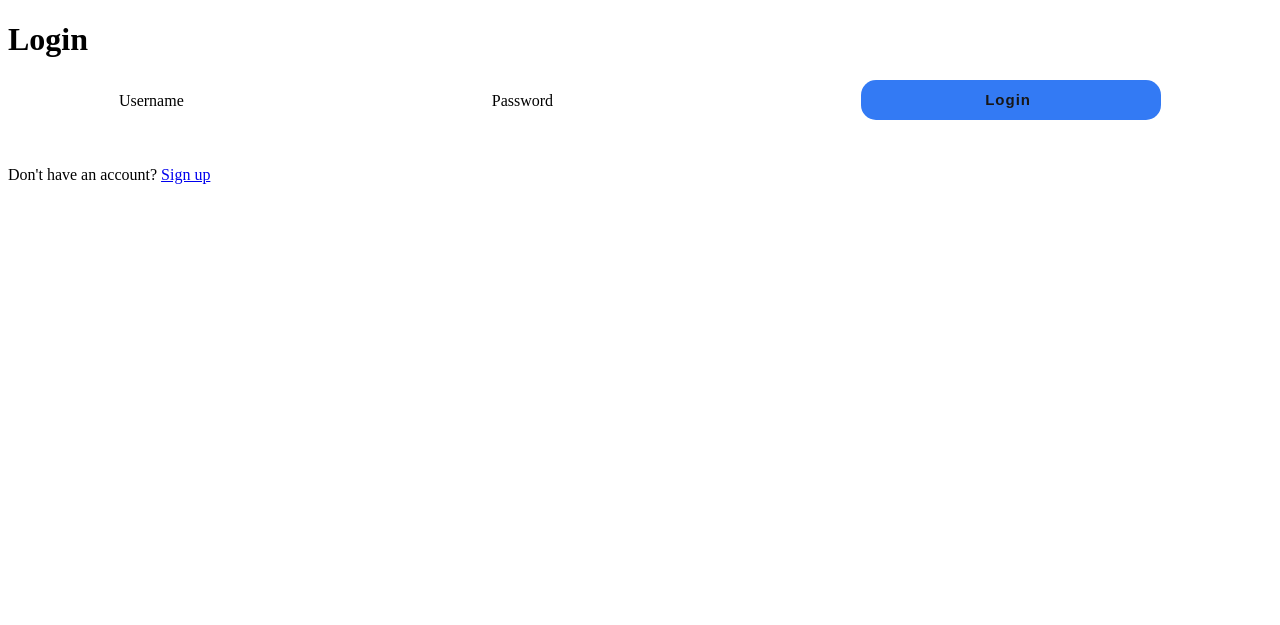
Repository: Vaishnavi323/SonaChandi
Page: http://localhost/sonachandi/application/views/login.php
The author's editor kept a copy of each file at every save. The page is drawn from the files as they stood at one save, then again after the next save.
The browser window is 1280 px wide. The pictures show the whole page.
The page is run by PHP 8.4 with error messages shown; the project is at /var/www/html/.

Above is the page before, as saved 2025-06-05 11:05:51.

After the next save:
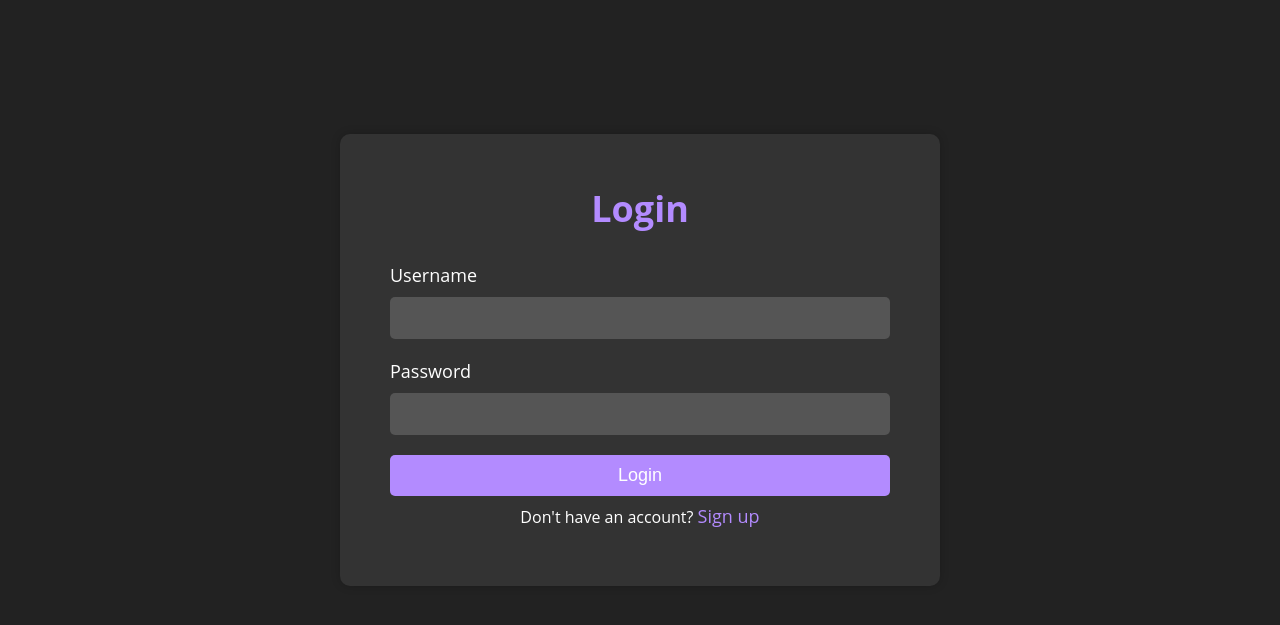
Saved 23 s later.
--- a/application/views/login.php
+++ b/application/views/login.php
@@ -5,85 +5,90 @@
     <title>login</title>
     <link rel="stylesheet" href="https://cdnjs.cloudflare.com/ajax/libs/font-awesome/6.2.0/css/all.min.css">
     <style>
-        /* body {
-            background: url("https://images.pexels.com/photos/747964/pexels-photo-747964.jpeg?cs=srgb&dl=pexels-s-migaj-747964.jpg&fm=jpg");
-            background-repeat: no-repeat;
-            background-size: cover;
-            height: 100vh;
-        } */
-
-        .wrapper {
-            width: 350px;
-            margin: 8% auto;
-            padding: 10px;
-            border-radius: 20px;
-            background-color: rgba(0, 0, 0, 0.23);
-            box-shadow: 0 0 17px rgb(25, 24, 24);
+        * {
+            box-sizing: border-box;
+            margin: 0;
+            padding: 0;
         }
 
-        .heading {
-            text-align: center;
-            padding-top: 40px;
+        body {
+            font-family: 'Open Sans', sans-serif;
+            background-color: #222;
         }
 
-        .heading h1 {
-            color: rgb(255, 255, 255);
-            font-size: 45px;
-            font-family: "Gill Sans", "Gill Sans MT", Calibri, "Trebuchet MS", sans-serif;
-            margin-bottom: 90px;
+        .container {
+            display: flex;
+            justify-content: center;
+            align-items: center;
+            height: 100vh;
+        }
+
+        .form-container {
+            width: 600px;
+            margin: 0 auto;
+            padding: 50px;
+            background-color: #333;
+            border-radius: 10px;
+            box-shadow: 0 0 10px rgba(0, 0, 0, 0.2);
+            color: #fff;
+        }
+
+        h1 {
+            text-align: center;
+            margin-bottom: 30px;
+            font-size: 36px;
+            color: #b38bff;
         }
 
         form {
-            text-align: center;
+            display: flex;
+            flex-direction: column;
         }
 
-        form input,
-        button {
-            width: 300px;
-            height: 40px;
-            margin-bottom: 30px;
-            border: none;
-            outline: none;
-            padding-left: 5px;
-            box-sizing: border-box;
-            font-size: 15px;
-            color: rgb(24, 23, 23);
-            border-radius: 10px;
+        label {
+            margin-bottom: 10px;
+            font-size: 18px;
         }
 
-        form input {
-            padding-left: 40px;
+        input {
+            padding: 12px;
+            border: none;
+            border-radius: 5px;
+            margin-bottom: 20px;
+            font-size: 16px;
+            color: #fff;
+            background-color: #555;
         }
 
-        form i {
-            position: absolute;
-            left: 15px;
-            color: #333;
-            font-size: 17px;
-            top: 2px;
+        button {
+            padding: 10px;
+            background-color: #b38bff;
+            color: #fff;
+            border: none;
+            border-radius: 5px;
+            cursor: pointer;
+            font-size: 18px;
+            transition: background-color 0.2s ease-in-out;
         }
 
-        form span {
-            position: relative;
+        button:hover {
+            background-color: #8c5fb2;
         }
 
-        form ::placeholder {
-            color: rgb(119, 119, 165);
-            font-weight: bold;
+        a {
+            text-decoration: none;
+            color: #b38bff;
+            font-size: 18px;
+            transition: color 0.2s ease-in-out;
         }
 
-        form button {
-            padding-left: 0;
-            background-color: #337af4;
-            letter-spacing: 1px;
-            font-weight: bold;
-            border-radius: 15px;
+        a:hover {
+            color: #8c5fb2;
         }
 
-        form button:hover {
-            box-shadow: 2px 2px 5px #555;
-            background-color: #b511f6;
-            color: white;
+        p {
+            text-align: center;
+            margin: 8px;
         }
     </style>
 
